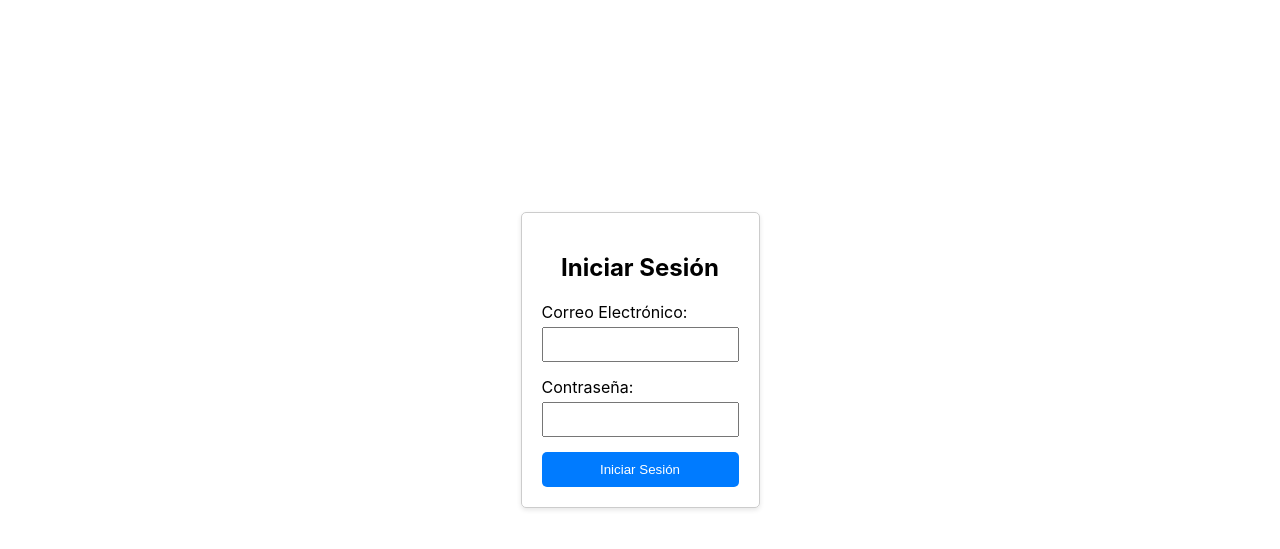
Repository: anuskazw/badminton
Page: /
An editor plug-in stored every save of this project. The page is shown before and after the next save, followed by the edit.
The browser window is 1280 px wide. The pictures show the whole page.
The project was rebuilt for these pictures with package versions that can differ from the ones it lists, and the page was loaded fresh each time.

Above is the page before, as saved 2024-11-24 22:24:29.

### src/App.js
import React from 'react';
import Login from './components/Login';

function App() {
    return (
        <div className="App">
            <Login />
        </div>
    );
}

export default App;

### src/components/Login.js
import React, { useState } from 'react';
import './Login.css'; // Importa el archivo CSS


function Login() {
    const [email, setEmail] = useState('');
    const [password, setPassword] = useState('');

    const handleSubmit = (event) => {
        event.preventDefault();
        // Aquí puedes manejar el envío del formulario, por ejemplo, llamando a una API
        console.log('Email:', email);
        console.log('Password:', password);
    };

    return (
        <div className="login-container">
            <h2>Iniciar Sesión</h2>
            <form onSubmit={handleSubmit}>
                <div>
                    <label htmlFor="email">Correo Electrónico:</label>
                    <input
                        type="email"
                        id="email"
                        value={email}
                        onChange={(e) => setEmail(e.target.value)}
                        required
                    />
                </div>
                <div>
                    <label htmlFor="password">Contraseña:</label>
                    <input
                        type="password"
                        id="password"
                        value={password}
                        onChange={(e) => setPassword(e.target.value)}
                        required
                    />
                </div>
                <button type="submit">Iniciar Sesión</button>
            </form>
        </div>
    );
}

export default Login;

### src/components/Login.css
/* src/components/Login.css */
.login-container {
    max-width: 800px;
    margin: 0 auto;
    padding: 20px;
    border: 1px solid #ccc;
    border-radius: 5px;
    box-shadow: 0 2px 5px rgba(0, 0, 0, 0.1);
}

.login-container h2 {
    text-align: center;
    margin-bottom: 20px;
}

.login-container form div {
    margin-bottom: 15px;
}

.login-container label {
    display: block;
    margin-bottom: 5px;
}

.login-container input {
    width: 100%;
    padding: 8px;
    box-sizing: border-box;
}

.login-container button {
    width: 100%;
    padding: 10px;
    background-color: #007bff;
    color: white;
    border: none;
    border-radius: 5px;
    cursor: pointer;
}

.login-container button:hover {
    background-color: #0056b3;
}

body {
    display: flex;
    justify-content: center;
    align-items: center;
    min-height: 100vh;
    margin: 0;
}

Loaded but not shown: public/index.html (common file); src/index.js (common file); src/index.css (common file); src/reportWebVitals.js (common file)

After the next save:
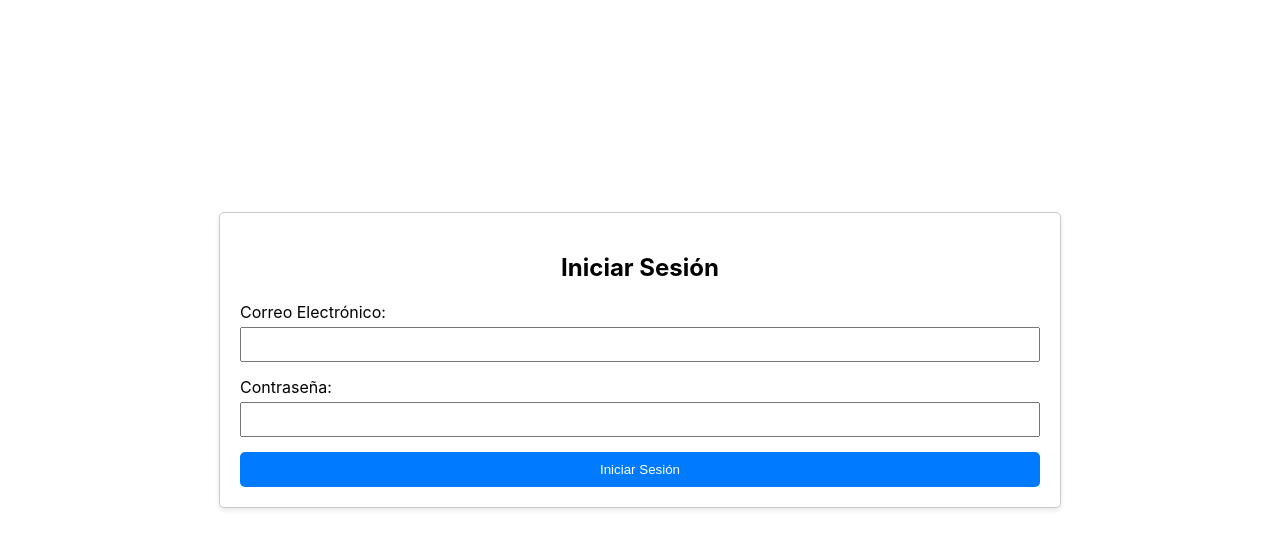
Saved 8 s later.
--- a/src/components/Login.css
+++ b/src/components/Login.css
@@ -1,6 +1,6 @@
 /* src/components/Login.css */
 .login-container {
-    max-width: 800px;
+    min-width: 800px;
     margin: 0 auto;
     padding: 20px;
     border: 1px solid #ccc;
